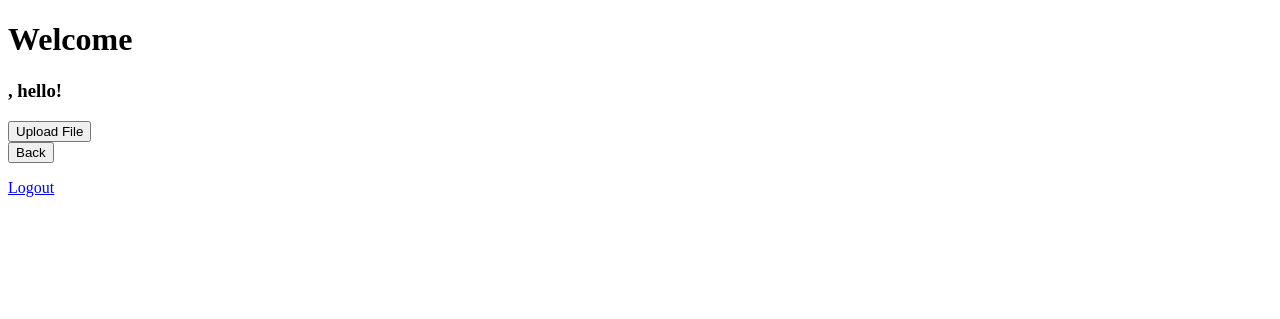
Repository: SvetlanaK367/TrainingJAVA
Page: http://localhost/FinalProject/jsp/main.jsp
The author's editor kept a copy of each file at every save. The page is drawn from the files as they stood at one save, then again after the next save.
The browser window is 1280 px wide. The pictures show the whole page.
The page is served by Tomcat 9.

Above is the page before, as saved 2017-04-02 18:56:25.

After the next save:
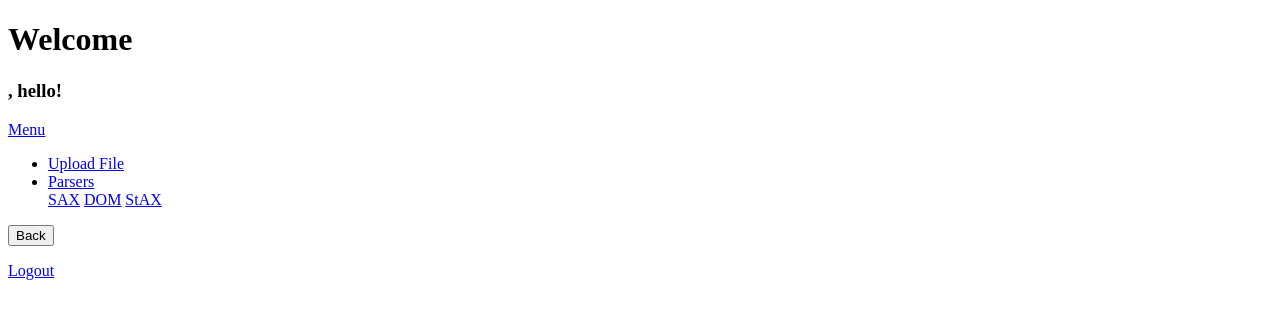
Saved 9 min 46 s later.
--- a/FinalProject/WebContent/jsp/main.jsp
+++ b/FinalProject/WebContent/jsp/main.jsp
@@ -11,15 +11,29 @@
 		<h3> ${user}, hello!</h3>
 
 	<div class="container">
-	<div class="alert alert-success" role="alert">
-		<form action="fileUpload.jsp">
-			<input class="btn btn-primary" type="submit" value="Upload File">
-		</form>
+		<a class="navbar-brand" href="#">Menu</a>
+		  <div class="collapse navbar-collapse" id="navbarNavDropdown">
+		    <ul class="navbar-nav">
+		      <li class="nav-item">
+		        <a class="nav-link" href="/jsp/fileUpload.jsp">Upload File</a>
+		      </li>
+		      <li class="nav-item dropdown">
+		        <a class="nav-link dropdown-toggle" href="#" role="button" data-toggle="dropdown" aria-haspopup="true" aria-expanded="false">
+		          Parsers
+		        </a>
+		        <div class="dropdown-menu">
+		          <a class="dropdown-item" href="parsed?parser=SAX">SAX</a>
+		          <a class="dropdown-item" href="parsed?parser=DOM">DOM</a>
+		          <a class="dropdown-item" href="parsed?parser=STAX">StAX</a>
+		        </div>
+		      </li>
+		    </ul>
+		  </div>
+			<form action="index.jsp">
+				<input class="btn btn-primary" type="submit" value="Back">
+			</form>
 	</div>
-		<form action="index.jsp">
-			<input class="btn btn-primary" type="submit" value="Back">
-		</form>
-	</div>
+
 
 	<p style="color:red"><a href="controller?command=logout">Logout</a></p>
 </body>
